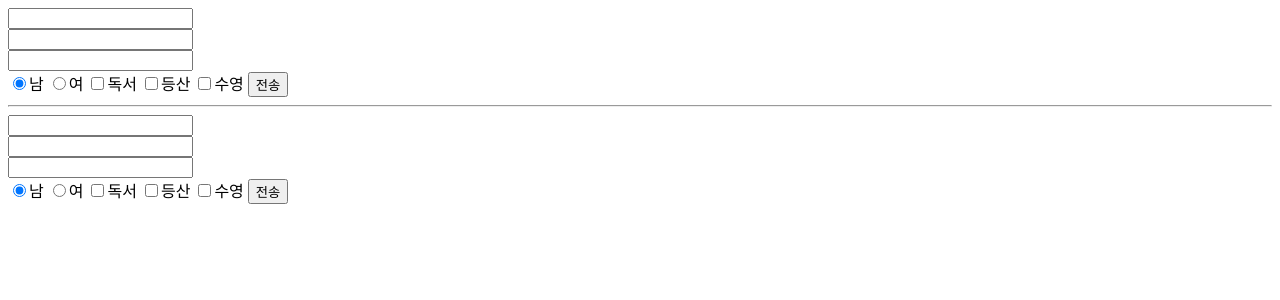
Repository: WonHwiAhn/JAVAClass
Page: 180131_GetParameterValues/WebContent/regist.html
These files come from the project's save history. The page is drawn as it stood at one moment and after the next save; the edit follows.
The browser window is 1280 px wide. The pictures show the whole page.

Above is the page before, as saved 2018-01-31 01:27:15.

After the next save:
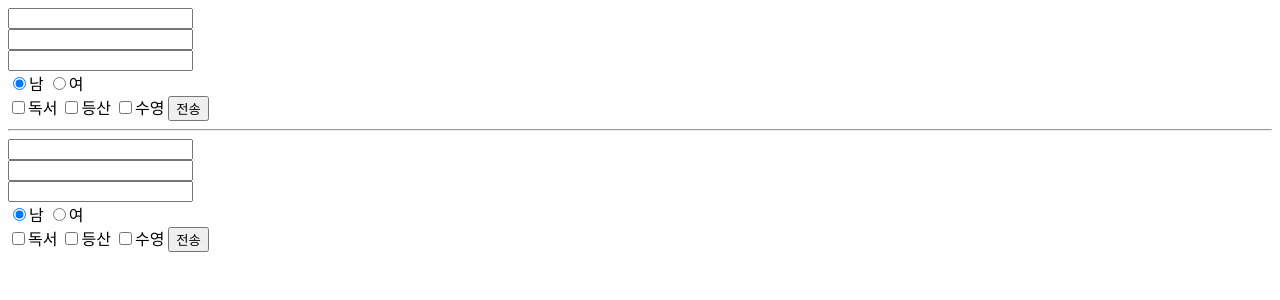
Saved 31 s later.
--- a/180131_GetParameterValues/WebContent/regist.html
+++ b/180131_GetParameterValues/WebContent/regist.html
@@ -10,7 +10,7 @@
 		<input type="password" name="pw"><br>
 		<input type="text" name="userName"><br>
 		<input type="radio" name="sex" value="m" checked>남
-		<input type="radio" name="sex" value="w">여
+		<input type="radio" name="sex" value="w">여<br>
 		<input type="checkbox" name="hobby" value="0">독서
 		<input type="checkbox" name="hobby" value="1">등산
 		<input type="checkbox" name="hobby" value="2">수영
@@ -24,7 +24,7 @@
 		<input type="password" name="pw"><br>
 		<input type="text" name="userName"><br>
 		<input type="radio" name="sex" value="m" checked>남
-		<input type="radio" name="sex" value="w">여
+		<input type="radio" name="sex" value="w">여<br>
 		<input type="checkbox" name="hobby" value="0">독서
 		<input type="checkbox" name="hobby" value="1">등산
 		<input type="checkbox" name="hobby" value="2">수영
